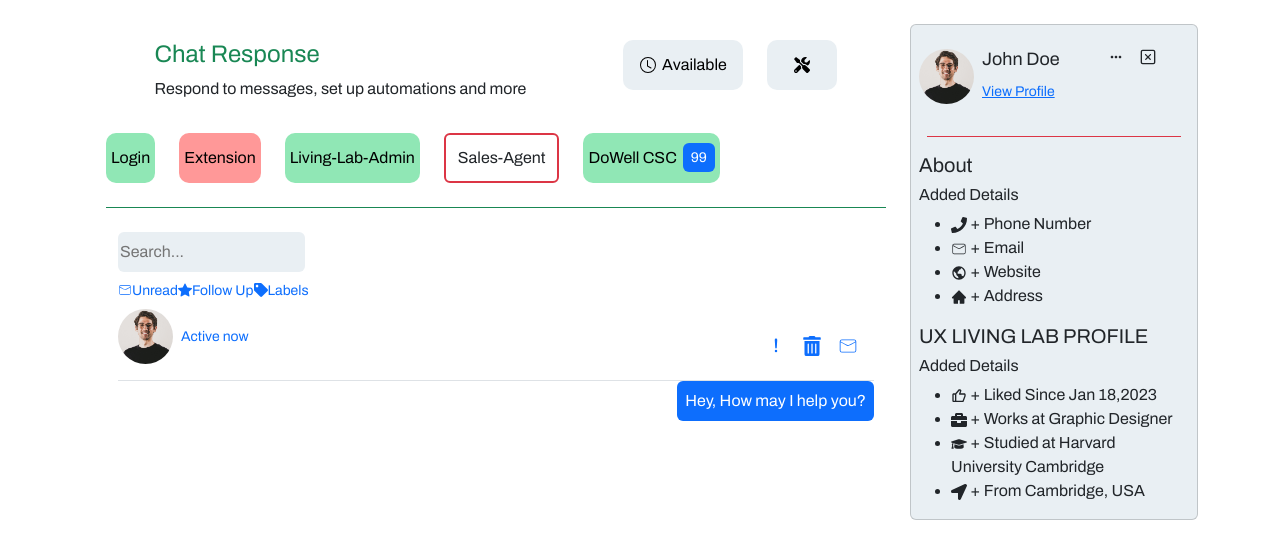
Repository: uh-sman/UX-Living-Lab-Chat
Page: /
An editor plug-in stored every save of this project. The page is shown before and after the next save, followed by the edit.
The browser window is 1280 px wide. The pictures show the whole page.
The project was rebuilt for these pictures with package versions that can differ from the ones it lists, and the page was loaded fresh each time.

Above is the page before, as saved 2023-05-10 18:05:09.

After the next save:
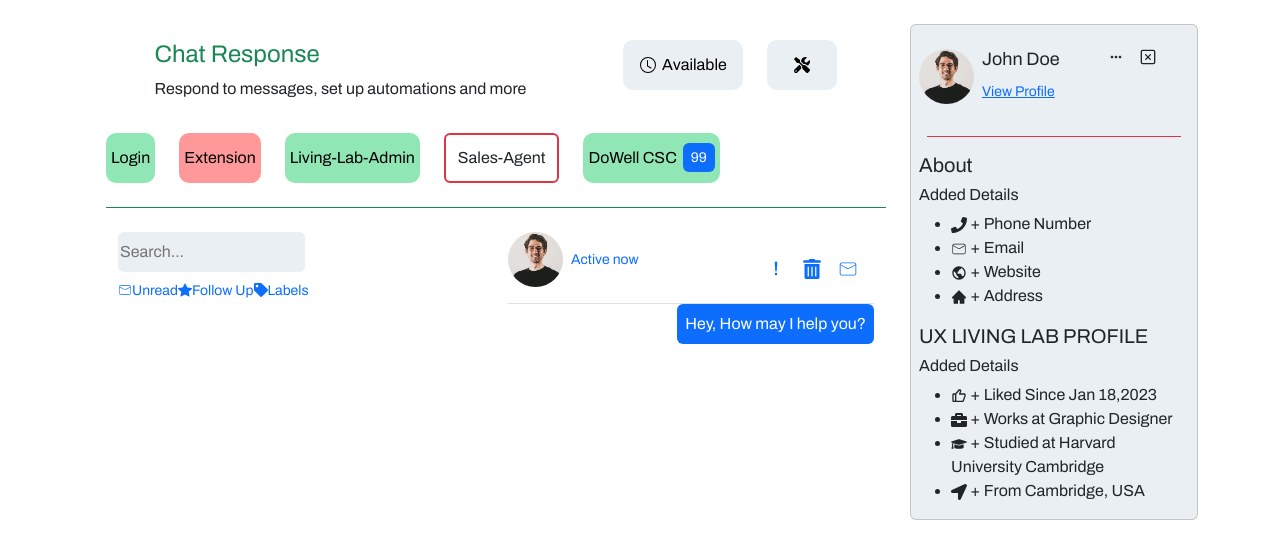
Saved 14 s later.
--- a/src/container/ChatSection.js
+++ b/src/container/ChatSection.js
@@ -8,7 +8,7 @@ const ChatSection = () => {
     <div className="container">
       <ChatHeader />
       {/* chats come here */}
-      <div className="container">
+      <div className="container d-flex">
         <SearchBar />
         <ProfileHead />
       </div>
